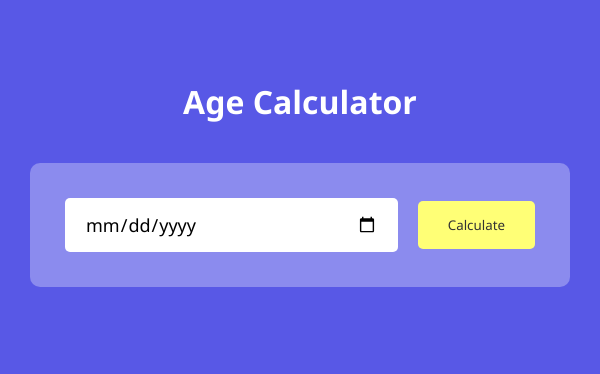
Repository: Thamayanthi-Narayanan/Age-Calculator
Page: index.html
These files come from the project's save history. The page is drawn as it stood at one moment and after the next save; the edit follows.
The browser window is 600 px wide. The pictures show the whole page.

Above is the page before, as saved 2025-05-23 15:11:37.

After the next save:
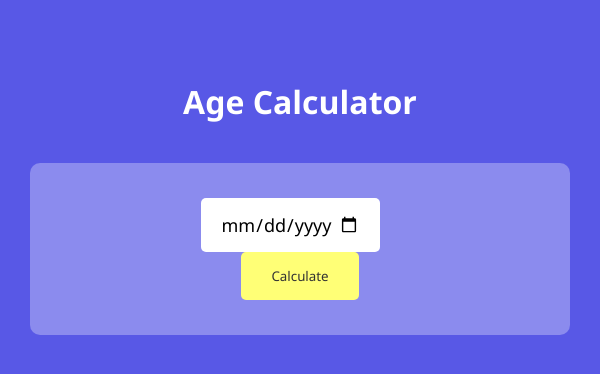
Saved 6 s later.
--- a/style.css
+++ b/style.css
@@ -81,6 +81,7 @@
         text-align: center;
     }
     .input-box{
-        f
+        flex-direction: column;
+
     }
 }
